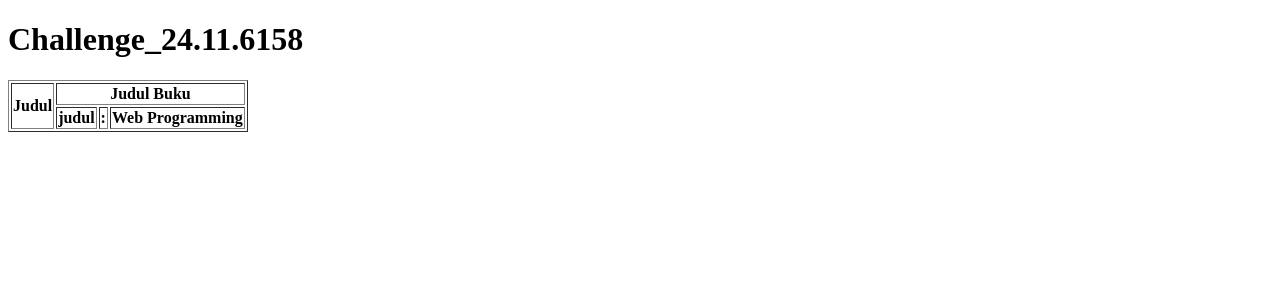
Repository: RoyyanSuryanto/Challenge_24116158
Page: Pertemuan 4/Challenge_24116158.html
These files come from the project's save history. The page is drawn as it stood at one moment and after the next save; the edit follows.
The browser window is 1280 px wide. The pictures show the whole page.

Above is the page before, as saved 2026-04-20 09:39:18.

After the next save:
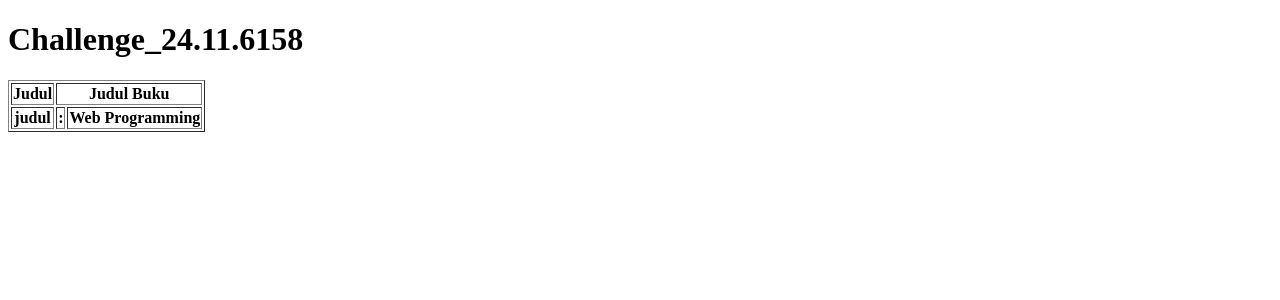
Saved 11 s later.
--- a/Pertemuan 4/Challenge_24116158.html
+++ b/Pertemuan 4/Challenge_24116158.html
@@ -12,7 +12,7 @@
 
     <table border=>
         <tr>
-            <th rowspan="2" background-color="lightgreen">Judul</th>
+            <th rowspan="1" background-color="lightgreen">Judul</th>
             <th colspan="3" background-color="orange">Judul Buku</th>
         </tr>
 

After the save that followed:
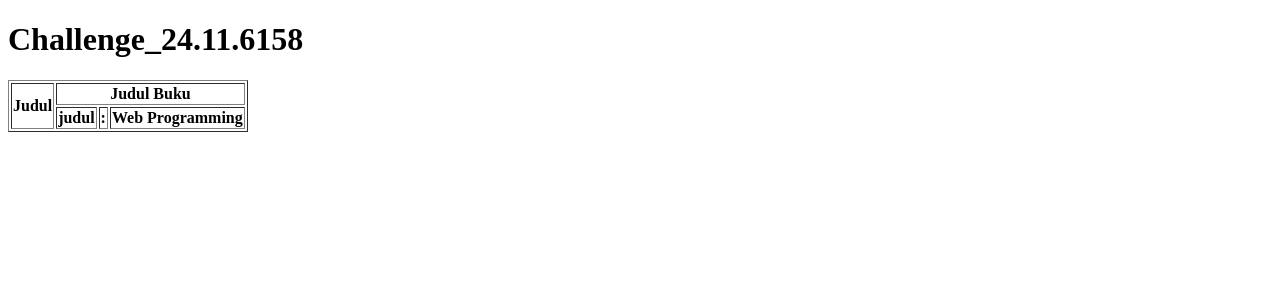
Saved 8 s later.
--- a/Pertemuan 4/Challenge_24116158.html
+++ b/Pertemuan 4/Challenge_24116158.html
@@ -12,7 +12,7 @@
 
     <table border=>
         <tr>
-            <th rowspan="1" background-color="lightgreen">Judul</th>
+            <th rowspan="3" background-color="lightgreen">Judul</th>
             <th colspan="3" background-color="orange">Judul Buku</th>
         </tr>
 
